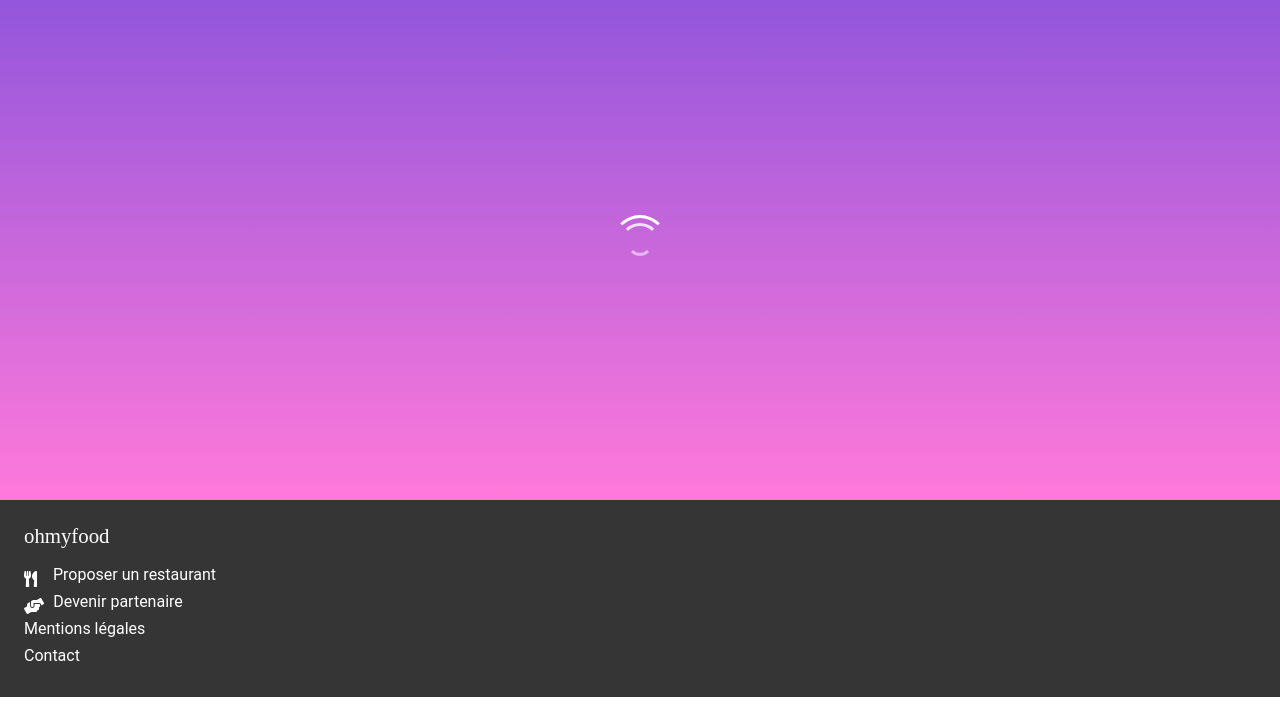
Repository: AlexisTisserand/AlexisTisserand_3_24112020
Page: index.html
The author's editor kept a copy of each file at every save. The page is drawn from the files as they stood at one save, then again after the next save.
The browser window is 1280 px wide. The pictures show the whole page.
Some web libraries are served in a nearby version. The style sheet was rebuilt from its Sass, Less or Tailwind sources for each picture, by a compiler version that may differ from the author's.

Above is the page before, as saved 2020-12-09 15:52:08.

### index.html
<!DOCTYPE html>
<html lang="fr">

<head>
    <meta charset="UTF-8"/>
    <meta name="viewport" content="width=device-width, initial-scale=1">
    <meta name="descritpion" content="Site internet ohmyfood, composez votre menu et réservez dans les meilleurs restaurants de Paris.">
    <meta name="author" content="Alexis Tisserand">
    <link rel="stylesheet" href="https://use.fontawesome.com/releases/v5.4.1/css/all.css" integrity="sha384-5sAR7xN1Nv6T6+dT2mhtzEpVJvfS3NScPQTrOxhwjIuvcA67KV2R5Jz6kr4abQsz" crossorigin="anonymous">
    <link rel="stylesheet" href="style.css"/>
    <title>ohmyfood - Accueil</title>
</head>

<!--bloc_page-->
<body>

<!--LOADING SPINNER-->
<section class="section section">
    <span class="loader loader-circles"></span>

</section>



<div id="bloc-page" style="display: none;">

<!--HEADER-->

<header>

    <div class="logo">
        <img src="images/logo/ohmyfood@2x.svg" alt="Logo ohmyfood"/>
    </div>
    <div class="search-bar">
        <div class="search-bar-button"><i class="fas fa-map-marker-alt"></i></div>
        <input type="search" class="search-bar-text-input" placeholder="Saisissez votre ville" value="Paris, Belleville">
    </div>
</header>

<section id="description-ohmyfood">
    <h2>Réservez le menu qui vous convient</h2>
    <h3>Découvrez des restaurants d'exception, sélectionnés par nos soins.</h3>
    <button class="description-ohmyfood-explorer" type="button">Explorez nos restaurants</button>
</section>

<section id="fonctionnement">
    <h2>Fonctionnement</h2>
    <nav>
        <ul class="fonctionnement-nav">
            <li class="fonctionnement-nav-etape ">
                <span>1</span>
                <i class="fas fa-mobile-alt"></i>
                <h4>Choisissez un restaurant</h4>
            </li>
            <li class="fonctionnement-nav-etape ">
                <span>2</span>
                <i class="fas fa-list-ul"></i>
                <h4>Composez votre menu</h4>
            </li>
            <li class="fonctionnement-nav-etape active">
                <span>3</span>
                <i class="fas fa-store"></i>
                <h4>Dégustez au restaurant</h4>
            </li>
        </ul>
    </nav>
</section>

<section id="restaurants">

        <h2>Restaurants</h2>

        <a href="menu-la-palette-du-gout.html" class="card-restaurant">
            <img class="card-restaurant-img" src="images/restaurants/la_palette_du_gout-min.jpg" alt="La Palette du Goût"/>
            <div class="card-restaurant-nouveau">Nouveau</div>
            <div class="card-restaurant-legende">
                <div class="card-restaurant-legende-text">
                    <h4>La palette du goût</h4>
                    <h5>Ménilmontant</h5>
                </div>
                <div class="card-restaurant-legende-heart">
                    <span class="fa-stack">
                        <i class="far fa-heart fa-stack-2x"></i>
                    </span>
                </div>
            </div>
        </a>

        <a href="menu-la-note-enchantee.html" class="card-restaurant">
            <img class="card-restaurant-img" src="images/restaurants/la_note_enchantee-min.jpg" alt="La Note Enchantée"/>
            <div class="card-restaurant-nouveau">Nouveau</div>
            <div class="card-restaurant-legende">
                <div class="card-restaurant-legende-text">
                    <h4>La note enchantée</h4>
                    <h5>Charonne</h5>
                </div>
                <div class="card-restaurant-legende-heart">
                    <span class="fa-stack">
                        <i class="far fa-heart fa-stack-2x"></i>
                    </span>
                </div>
            </div>
        </a>

        <a href="menu-a-la-francaise.html" class="card-restaurant">
            <img class="card-restaurant-img" src="images/restaurants/a_la_française-min.jpg" alt="À La Française"/>
            <div class="card-restaurant-legende">
                <div class="card-restaurant-legende-text">
                    <h4>À la française</h4>
                    <h5>Cité Rouge</h5>
                </div>
                <div class="card-restaurant-legende-heart">
                    <span class="fa-stack">
                        <i class="far fa-heart fa-stack-2x"></i>
                    </span>
                </div>
            </div>
        </a>

        <a href="menu-le-delice-des-sens.html" class="card-restaurant">
            <img class="card-restaurant-img" src="images/restaurants/le_delice_des_sens-min.jpg" alt="Le Délice Des Sens"/>
            <div class="card-restaurant-legende">
                <div class="card-restaurant-legende-text">
                    <h4>Le délice des sens</h4>
                    <h5>Folie-Méricourt</h5>
                </div>
                <div class="card-restaurant-legende-heart">
                    <span class="fa-stack">
                        <i class="far fa-heart fa-stack-2x"></i>
                    </span>
                </div>
            </div>
        </a>
</section>

</div>

<footer>
    <h2>ohmyfood</h2>
    <div class="footer-img-text">
        <i class="fas fa-utensils"></i>
        <a href="#"><h3>Proposer un restaurant</h3></a>
    </div>
    <div class="footer-img-text">
        <i class="fas fa-hands-helping"></i>
        <a href="#"><h3>Devenir partenaire</h3></a>
    </div>
    <a href="#"><h3>Mentions légales</h3></a>
    <a href="mailto:ohmyfood@outlook.com"><h3>Contact</h3></a>
</footer>


</body>
</html>

### sass/style.scss
/*COULEURS VARIABLES*/
$primary: #9356DC;
$secondary: #FF79DA;
$tertiary: #99E2D0;
$color-text: #353535;
$color-background: #f6f6f6;
$color-box-shadow :#e5e5e5;

/*VARIABLES TAILLE ET FONT FAMILY*/
$font-family: 'roboto', 'Raleway', 'Trebuchet MS', 'Lucida Sans Unicode', 'Lucida Grande', 'Lucida Sans', Arial, sans-serif;;
$size: 1rem;

/*Extensions*/
.box-shadow{
    box-shadow: 0px 0px 8px 1px $color-box-shadow;
    color: $color-text;
    border: none;
    border-radius: 25px;
    width: 350px;
    background-color: $color-background;
}

.margin-plats{
    margin: 0.5rem 0 0rem 0.9rem;
}

.cercle{
    background-color: $primary;
    color: white;
    padding: 8px;
    border-radius: 50px;
    margin-right: 25px;
    margin-left: -15px;
    width: 15px;
    height: 15px;
    text-align: center;
    align-content: center;
    font-size: $size;
    line-height: 15px;
    font-weight: light;
}

/*Loading spinner*/
.section{
    background: linear-gradient($primary, $secondary);
    height: 500px;
    line-height: 500px;
    text-align: center;
    color: white;
    font-size: 4rem;
    font-family: 'Shrikhand';
}

/*Loader simple*/
.loader{
    width: 50px;
    height: 50px;
    display: inline-block;
    position: relative;
}

/*loader cercle*/
.loader{
    &-circles{
        border-radius: 50px;
        border: 3px solid transparent;
        border-top-color: white ;
        animation: spin 1s linear infinite;
        -webkit-animation: spin 1s linear infinite;
        &:after{
            content: '';
            position: absolute;
            top: 5px ;
            left: 5px;
            bottom: 5px;
            right: 5px;
            border: 3px solid transparent;
            border-radius: 50px;
            border-top-color: white;
            opacity: 0.8;
            animation: spin 5s linear infinite;
            -webkit-animation: spin 5s linear infinite;
        }
        &:before{
            content: '';
            position: absolute;
            top: 12px ;
            left: 12px;
            bottom: 12px;
            right: 12px;
            border: 3px solid transparent;
            border-radius: 50px;
            border-top-color: white;
            opacity: 0.5;
            animation: spin 10s linear infinite;
            -webkit-animation: spin 10s linear infinite;
        }
    }
}

/*KEYFRAMES*/

@keyframes spin{
    from{
        transform: rotate(0deg);
    }
    to{
        transform: rotate(360deg);;
    }
}

@keyframes fadein{
    from{
        opacity: 0.4;
    }
    to{
        opacity: 1;
    }
}

body{
    background-color: white;
    font-family: $font-family;
    margin: auto;
}

a{
    text-decoration: none;
    color: black;
}

#bloc-page{
    width: 100%;
    margin: auto;
    max-width: 2000px;
    min-width: 100px;
}

/*HEADER*/

header{
    text-align: center;
    .logo{
        margin-top: $size + 1rem;
        img{
            width: $size + 10rem;
        }
    }
}

.search-bar{
    display: flex;
    background-color: #EAEAEA;
    box-shadow: 0px -2px 5px 0px #CFCFCF;
    height: $size + 2rem;
    margin-top: 1rem;
    align-items: center;
    justify-content: center;
    .fas{
        font-size: $size;
        margin-bottom: 1rem;
    }
    .search-bar-button{
        color: $color-text;
        font-size: $size + 0.5rem;
    }
    .search-bar-text-input{
        outline: none;
        padding: 0;
        background-color: #EAEAEA;
        border: none;
        color: $color-text;
        font-size: $size;
        font-weight: bold;
        text-align: center;
        width: 180px;
    }
}

/*SECTION DESCRIPTION*/

#description-ohmyfood{
    display: flex;
    flex-direction: column;
    background-color: $color-background;
    align-items: center;
    text-align: center;
    h2{
        font-size: $size + 0.7rem ;
        padding: $size;
        margin-bottom: 0;
        margin-top: $size + 0.5rem;
    }
    h3{
        font-size: $size + 0.2rem ;
        font-weight: 300;
        margin-top: 0;
        padding: $size - 0.5rem, $size + 1rem ;
    }
    button{
        font-size: $size + 0.1rem;
        margin-top: $size;
        font-weight: normal;
        color: white;
        background: linear-gradient($secondary, $primary);
        position: relative;
        border: none;
        box-shadow: 0px 0px 10px 1px #b6b3b3;
        border-radius: 40px;
        padding: 15px 20px;
        margin-bottom: $size + 2.5rem;
        transition: transform ease-in-out 500ms, opacity ease-in-out 500ms, box-shadow ease-in-out 500ms ;
        &:hover{
            opacity: 0.7;
            box-shadow: 0px 0px 7px 3px #484B4C;
            transform: scale(1.1);
            cursor: pointer;

        }
        &:active{
            border-style: none;
        }
        &:focus{
            outline:none;
        }
    }
}

/*FONCTIONNEMENT*/

#fonctionnement{
    display: flex;
    align-items: center;
    flex-direction: column;
    background-color: white;
    h2{
        margin: 3*$size $size $size;
    }
    ul{
        padding: 10px;
        margin-top: - $size;
    }
}

.fonctionnement-nav{
    display: flex;
    flex-wrap: wrap;
    justify-content: space-around;
    &-etape{
        display: flex;
        flex-direction: row;
        align-items: center;
        margin: 15px 30px ;
        transition: background-color ease-in-out 200ms, box-shadow ease-in-out 200ms, transform ease-in-out 200ms;
        @extend .box-shadow;
        &:hover{
        background-color: rgba($color:$primary, $alpha: 0.15);
        transform: scale(1.01);
        cursor: pointer;
        &:hover .fas{
        color: $primary;
        }
    }
    span{
        @extend .cercle;
    }
    .fas{
        margin-right: 15px;
        color: #7e7e7e;
        font-size: $size + 0.2rem;
        margin-right: $size;
        }
    }
    &-etape.active{
        background-color: rgba($color:$primary, $alpha: 0.15);
        .fas{
            color: $primary;
        }
    }
}

/*RESTAURANTS*/

#restaurants{
    display: flex;
    flex-direction: column;
    background-color: $color-background;
    padding-bottom: $size + 0.5rem;
    h2{
        margin: 3*$size $size $size;
    }
}

.card-restaurant{
    display: flex;
    position: relative;
    z-index: 1;
    flex-direction: column;
    background-color: white;
    border-radius: 20px;
    box-shadow: 0px 0px 8px 1px $color-box-shadow;
    margin: 15px;
    box-sizing: border-box;
    transition: ease-in-out 200ms;
    &:hover{
        transform: scale(1.01);
    }
    img{
    height: 200px;
    position: relative;
    z-index: 1;
    object-fit: cover;
    width: 100%;
    border-radius: 1rem 1rem 0 0;
    }
    &-nouveau{
        background-color: $tertiary;
        color: #39a98e;
        position: absolute;
        top: 8px;
        right: 16px;
        padding: 7px;
        border-radius: 5px;
        z-index: 2;
    }
    &-legende{
        display: flex;
        flex-direction: row;
        justify-content: space-between;
        &-text{
            display: flex;
            flex-direction: column;
            margin-left: $size;
            h4{
                font-size: $size + 0.2rem;
                margin-top: $size;
                margin-bottom: 0;
            }
            h5{
                margin-top: 0.2 * $size;
                margin-bottom: $size;
                font-weight: 300;
                font-size: $size + 0.1rem;
            }
        }
        &-heart{
            align-self: center;
            margin-right: 2 * $size;
            .far{
                &:hover{
                font-weight: 900;
                background:-moz-linear-gradient(top, $primary 0%, $secondary 100%);
                background: -webkit-linear-gradient(top, $primary 0%, $secondary 100%);
                background: linear-gradient(to bottom, $primary 0%, $secondary 100%);
                -webkit-background-clip: text;
                -moz-background-clip: text;
                background-clip: text;
                -webkit-text-fill-color: transparent;
                transition: font-weight ease-in-out 0s ;
                animation: fadein 900ms;
                background-position: 0 100%;
                cursor: pointer;
                }
            }
        }
    }
}

/*FOOTER*/

footer{
    padding: $size + 0.5rem;
    background-color: $color-text;
    color: white;
    h2{
        font-family: 'Shrikhand';
        font-weight: normal;
        font-size: $size + 0.3rem;
        margin-top: 0;
    }
    h3{
        margin: 0;
        font-weight: 400;
        margin-bottom: 0.5 * $size;
        font-size: initial;
    }
    .footer-img-text{
        display: flex;
        flex-direction: row;
        align-items: center;
        .fas{
            margin-right: $size;
            &.fa-hands-helping{
                margin-right: 0.58* $size;
            }
        }
    }
    a{
        color: white;
    }
}

/*********************************************************/
/*MEDIA QUERIES ACCUEIL*/
/*********************************************************/

/*LARGE DEVICES*/
@media screen and (min-width: 1268px){

    #restaurants{
        display: grid;
        grid-template-columns: repeat(4, 1fr);
        grid-template-rows: auto auto auto ;
        margin-bottom: 0px;
    }   h2{
        grid-column: 1/-1;
    }
}

/*MEDIUM DEVICES*/
@media screen and (max-width: 1267px){

    .fonctionnement-nav{
        justify-content: center;
        &-etape{
            width: 100%;
        }
    }

    #restaurants{
        display: grid;
        grid-template-columns: repeat(2, 1fr);
        grid-template-rows: auto auto auto ;
        h2{
            grid-column: 1/-1;
        }
    }
}

/*SMALL DEVICES*/
@media screen and (max-width: 660px){
    .fonctionnement-nav-etape{
        width: 100%;
    }

    #restaurants{
        display: grid;
        grid-template-columns: 1fr;
        grid-template-rows: auto auto auto ;
        h2{
            grid-column: 1/-1;
        }
    }
}

/*********************************************************/
/*MENU*/
/*********************************************************/

header{
    a{
        position: absolute;
        left: $size;
        color: $color-text;
        font-size: $size + 0.3rem;
        transition: opacity 0.5s;

        &:hover{
            opacity: 0.5;
        }
    }
}

.restaurant-img{
    img{
        object-fit: cover;
        width: 100%;
        height: 300px;
        margin-top: $size;
        position: relative;
        z-index: 0;
    }
}

.restaurant-menu{
    background-color: $color-background;
    border-radius: 50px 50px 0 0;
    margin-top: - 3rem;
    position: relative;
    display: flex;
    z-index: 1;
    flex-direction: column;
    width: 100%;
    &--titre{
        display: flex;
        flex-direction: row;
        justify-content: center;
        align-items: center;
        margin-top: $size;
        h2{
            font-family: 'Shrikhand';
            font-size: $size + 1rem;
            margin-right: $size + 0.5rem;
            margin-left: $size;
        }
    }
    &-carte{
        display: flex;
        flex-direction: row;
        flex-wrap: wrap;
    }
    h3{
        font-weight: 300;
        font-size: $size + 0.1rem;
        margin-left: $size;
        border-bottom: $tertiary 3px solid;
        width: 45px;
        padding-bottom: 10px;
    }
    &--plats{
        display: grid;
        grid-template-columns: 2.3fr 0.3fr 0.3fr;
        grid-template-rows: repeat(2, 1fr);
        gap: 0px 0px;
        background-color: white;
        box-shadow: 0px 0px 8px 1px $color-box-shadow;
        color: $color-text;
        border: none;
        border-radius: 13px;
        margin: 0 $size $size $size;
        width: 100%;
        cursor: pointer;
        overflow: hidden;
        text-overflow: ellipsis;
        &:hover .fas {
            transform: rotate(360deg);
        }
        &:hover &--checkbox{
            transform: translateX(0%);
        }
        &:hover &--prix{
            margin-right: 30%;
        }
        &--name{
            grid-area: 1 / 1 / 2 / 3;
        }
        &--accompagnements{
            grid-area: 2 / 1 / 3 / 2;
            display: flex;
            flex-direction: row;
            align-content: center;
            justify-content: space-between;
            h5{
                font-weight: 300;
                margin: 0rem 0 0.5rem 0.9rem;
                font-size: 1rem;
            }
        }
        &--prix{
            grid-area: 2 / 2 / 3 / 4;
            transition: margin-right 1s;
            p{
                font-weight: bold;
                margin: 0 ;
                text-align: end;
                margin-right: $size;
            }
        }
        &--checkbox{
            background-color: $tertiary;
            grid-area: 1 / 3 / 3 / 4;
            border-radius: 0 13px 13px 0;
            text-align: center;
            transform: translateX(100%);
            transform-origin: 100% 50%;
            transition: transform 1s;

            .fas{
                font-size: xx-large;
                margin: $size;
                color: white;
                transition: transform 1s;
            }
        }
        h4{
        @extend .margin-plats;
        font-size: $size + 0.1rem;
        }
    }
    button{
        width: 200px;
        align-self: center;
        font-size: $size + 0.1rem;
        margin-top: 3 * $size;
        font-weight: normal;
        color: white;
        background: linear-gradient($secondary, $primary);
        position: relative;
        border: none;
        box-shadow: 0px 0px 10px 1px #b6b3b3;
        border-radius: 40px;
        padding: 15px 20px;
        margin-bottom: 4 * $size;
        transition: transform ease-in-out 500ms, opacity ease-in-out 500ms, box-shadow ease-in-out 500ms ;
        &:hover{
            opacity: 0.7;
            box-shadow: 0px 0px 7px 3px #484B4C;
            transform: scale(1.1);
            cursor: pointer;
        }
        &:active{
            border-style: none;
        }
        &:focus{
            outline:none;
        }
    }
}


/*********************************************************/
/*MEDIA QUERIES MENUS*/
/*********************************************************/

/*LARGE DEVICES*/
@media screen and (min-width:660px){
    .restaurant-menu--titre{
        justify-content: space-between;
    }

    .restaurant-menu--plats{
        width: 100%;
    }

}

/*MEDIUM DEVICES*/
@media screen and (max-width: 1267px){


}

/*SMALL DEVICES*/
@media screen and (max-width: 660px){


}

After the next save:
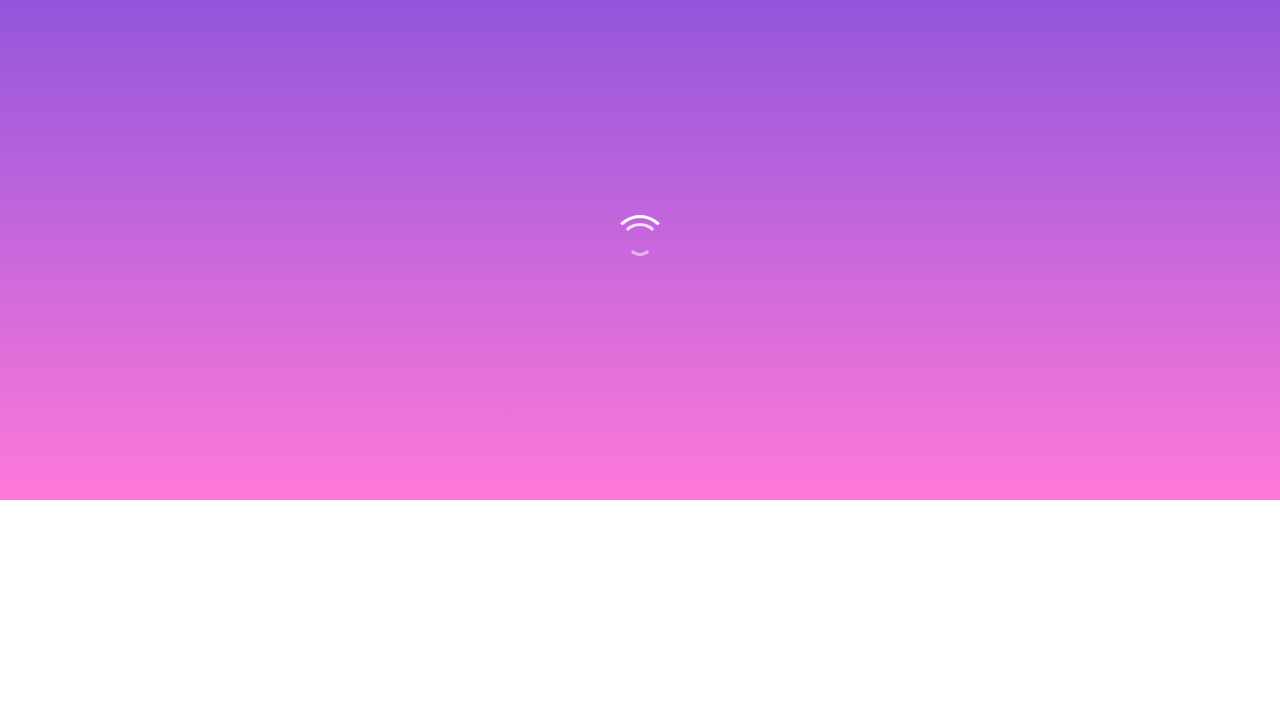
Saved 13 s later.
--- a/index.html
+++ b/index.html
@@ -135,7 +135,7 @@
 
 </div>
 
-<footer>
+<footer style="display: none">
     <h2>ohmyfood</h2>
     <div class="footer-img-text">
         <i class="fas fa-utensils"></i>
